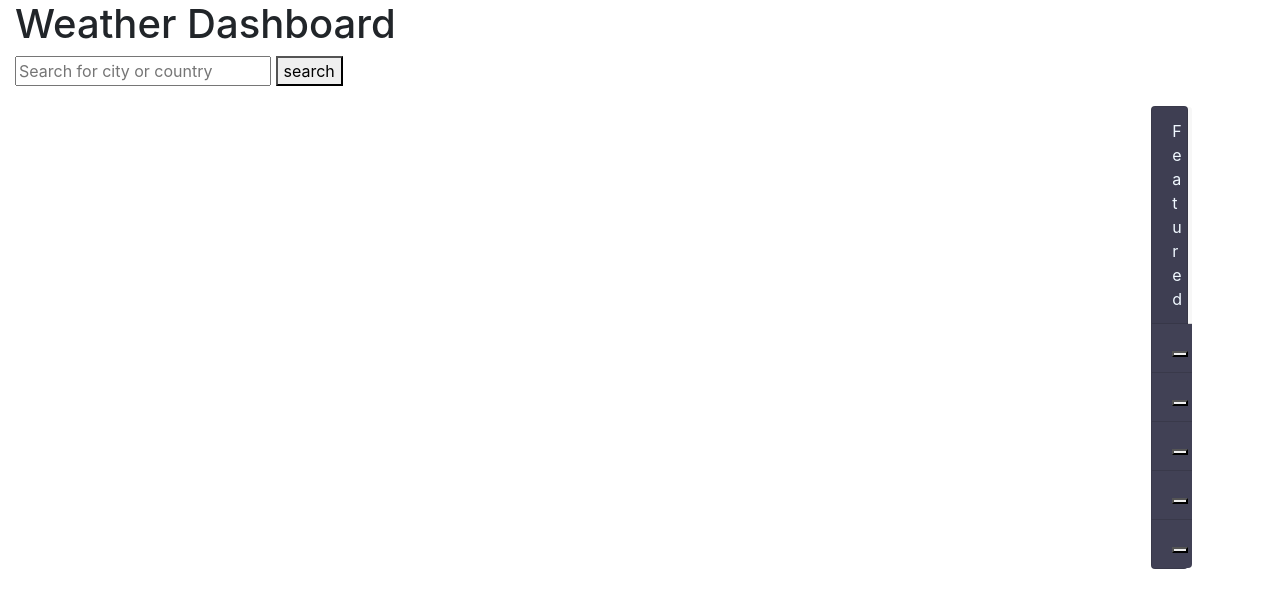
Repository: cobalt88/weather-forecast-app
Page: index.html
The author's editor kept a copy of each file at every save. The page is drawn from the files as they stood at one save, then again after the next save.
The browser window is 1280 px wide. The pictures show the whole page.
The page's requests for data from a server got no answer. Some web libraries are served in a nearby version.

Above is the page before, as saved 2022-05-23 08:03:04.

### index.html
<!DOCTYPE html>
<html lang="en">
  <head>
    <meta charset="UTF-8" />
    <meta http-equiv="X-UA-Compatible" content="IE=edge" />
    <meta name="viewport" content="width=device-width, initial-scale=1.0" />
    <link
      rel="stylesheet"
      href="https://stackpath.bootstrapcdn.com/bootstrap/4.3.1/css/bootstrap.min.css"
    />
    <link
      rel="stylesheet"
      href="https://use.fontawesome.com/releases/v5.8.1/css/all.css"
      integrity="sha384-50oBUHEmvpQ+1lW4y57PTFmhCaXp0ML5d60M1M7uH2+nqUivzIebhndOJK28anvf"
      crossorigin="anonymous"
    />
    <link
      href="https://fonts.googleapis.com/css?family=Open+Sans&display=swap"
      rel="stylesheet"
    />

    <link href="./assets/style.css" rel="stylesheet" />
    <title>Weather</title>
  </head>

  <body>
    <header>
      <h1 class="center col-12">Weather Dashboard</h1>
    </header>
    <div class="col-xl-4 col-lg-4 col-md-4 col-sm-4 col-4">
      <input
        type="text"
        id="searchInput"
        placeholder="Search for city or country"
      />
      <button type="button" id="search-button">search</button>
    </div>
    <div id="main-container" class="cardContainer">
      <div id="current-day">
      </div>
      <div id="history">
        <div class="card history-card">
          <div class="card-header">
            Featured
          </div>
            <ul class="list-group list-group-flush">
              <li class="list-group-item"><button type="button" class="list-button" id="city-one"> </button></li>
              <li class="list-group-item"><button type="button" class="list-button" id="city-two"> </button></li>
              <li class="list-group-item"><button type="button" class="list-button" id="city-three"> </button></li>
              <li class="list-group-item"><button type="button" class="list-button" id="city-four"> </button></li>
              <li class="list-group-item"><button type="button" class="list-button" id="city-five"> </button></li>
          </ul>
        </div>
      </div>

    </div>
    <div id="5-day-container" class="cardContainer">
    </div>
    <script src="https://code.jquery.com/jquery-3.4.1.min.js"></script>
    <script src="https://cdnjs.cloudflare.com/ajax/libs/moment.js/2.20.1/moment.min.js"></script>
    <script src="./assets/logic_2.js"></script>
  </body>
</html>

### assets/style.css
.card {
  display: flex;
  background-color: rgb(65, 65, 85);
  color: aliceblue;
  margin: 20px;
}

.history-card {
  display: flex;
  justify-content: flex-start;
  width: 25%;
  text-align: center;
}

.list-group-item {
  background-color: rgb(65, 65, 85);
}

#today {
  display: flex;
  width: 60%;
  max-height: 500px;
  align-self: flex-end;
}

img {
  max-height: 100px;
  max-width: 100px;
}

.cardContainer {
  display: flex;
  flex-direction: row;
  justify-content: flex-end;
  flex-wrap: wrap;
}

.cityList {
  display: flex;
  flex-direction: row;
  width: 25%;
  max-width: 500px;
}

.uvMin{
  color: green;
}

.uvModerate {
  color: rgb(254, 254, 68);
}

.uvHigh {
  color: orange;
}

.uvSevere {
  color: red;
}

.uvExtreme {
  color: violet
}

### assets/logic_2.js

const apiKey = '486a30fe2a4040f404391459060015ad';
var displayArr = [];
var geoArr = [];
var oneCallDataArr = [];
var searchInput = localStorage.getItem('lastSearch');
var lat = '';
var lon = '';
var forecastContainer = document.getElementById('5-day-container');
var currentDay = document.getElementById('today');
const history = document.getElementById('history');
const historyArr = ['Orlando', 'New York', 'Denver', 'Dallas', 'Anchorage'];

function geoLocate() {
  var requestLocationUrl = `https://api.openweathermap.org/geo/1.0/direct?q=${searchInput}&limit=1&appid=${apiKey}`
  fetch(requestLocationUrl)
  .then(function(response){
    return response.json();
  })
  .then(function(currentLocation) {
    let tempArr = [];
    tempArr.push(currentLocation);
    geoArr = tempArr;
    let lat2 = geoArr[0][0].lat;
    lat = lat2;
    let lon2 = geoArr[0][0].lon;
    lon = lon2;
  })
.then(function(){
    oneCall();
  });
};

function oneCall() {
  let oneCallApi = `https://api.openweathermap.org/data/2.5/onecall?lat=${lat}&lon=${lon}&exclude=minutely&appid=${apiKey}`
  fetch(oneCallApi)
  .then(function(response){
    return response.json();
  })
  .then(function(allData) {
    let tempArr = [];
    tempArr.push(allData)
    oneCallDataArr = tempArr;
    forecastDisplayHandler();
  })
  .then(function(){
    // console.log(oneCallDataArr)
  })
};

  function kelvinToImperial (x) {
    Math.round((x - 273.15) * 1.8 + 32);
  }



const forecastDisplayHandler = async() => {
  forecastContainer.innerHTML = '';
  var now = moment().format('dddd MMMM do YYYY, h:mm a');
  var currentCity = geoArr[0][0].name;
  //note to self, add function to convert current time to unix time with moments and compare to values in this object to get current temp
  let tempKd = oneCallDataArr[0].daily[0].temp.day;
  let tempKmax = oneCallDataArr[0].daily[0].temp.max;
  let tempKmin = oneCallDataArr[0].daily[0].temp.min;
  let tempKe = oneCallDataArr[0].daily[0].temp.eve;

  let tempFd = Math.round((tempKd - 273.15) * 1.8 + 32);
  let tempFmin = Math.round((tempKmin - 273.15) * 1.8 + 32);
  let tempFmax = Math.round((tempKmax - 273.15) * 1.8 + 32);
  let tempFe = Math.round((tempKe - 273.15) * 1.8 + 32);

  let windSpeed = oneCallDataArr[0].daily[0].wind_speed;
  let windGust = oneCallDataArr[0].daily[0].wind_gust;
  let windDir = oneCallDataArr[0].daily[0].wind_deg;
  let humidity = oneCallDataArr[0].daily[0].humidity;
  let uvIndex = oneCallDataArr[0].daily[0].uvi;
  let icon = oneCallDataArr[0].daily[0].weather[0].icon;
  let uvStyle = (uvIndex < 2) ? 'uvMin' : (uvIndex < 5) ? 'uvModerate' : (uvIndex < 7) ? 'uvHigh' : (uvIndex < 10) ? 'uvSevere' : 'uvExtreme';


  let iconSrc = `https://openweathermap.org/img/wn/${icon}@2x.png`

   currentDay.innerHTML =
  `
    <div class="card" id="today">
    <h2 id="city">${currentCity}</h2>
    <h4 id="date">${now}</h4>
    <img src="${iconSrc}" alt="Weather Icon">
    <p id="weather-${i}></p>
    <p id="temp-${i}">Day Temp: ${tempFd}</p>
    <p id="temp-${i}">Evening Temp: ${tempFe}</p>
    <p id="temp-${i}">Max Temp: ${tempFmax}</p>
    <p id="temp-${i}">Min Temp: ${tempFmin}</p>
    <p id="wind-${i}">Average Wind Speed: ${windSpeed}</p>
    <p id="wind-${i}">Wind Gust: ${windGust}</p>
    <p id="humidity-${i}">Relative Humidity: ${humidity}%</p>
    <p id="uv-index${i}" class="${uvStyle}">UV Index: ${uvIndex}</p>
    </div>`;



for (var i = 1; i < 6; i++) {

  let unixTime = oneCallDataArr[0].daily[i].dt;
  let dateString = moment.unix(unixTime).format("MM/DD/YYYY");

  let tempKd = oneCallDataArr[0].daily[i].temp.day;
  let tempKe = oneCallDataArr[0].daily[i].temp.eve;
  let tempKmax = oneCallDataArr[0].daily[i].temp.max;
  let tempKmin = oneCallDataArr[0].daily[i].temp.min;

  let tempFd = Math.round((tempKd - 273.15) * 1.8 + 32);
  // let tempFd = kelvinToImperial(tempKd);
  let tempFe = Math.round((tempKe - 273.15) * 1.8 + 32);
  let tempFmin = Math.round((tempKmin - 273.15) * 1.8 + 32);
  let tempFmax = Math.round((tempKmax - 273.15) * 1.8 + 32);

  let humidity = oneCallDataArr[0].daily[i].humidity;
  let uvIndex = oneCallDataArr[0].daily[i].uvi;
  let icon = oneCallDataArr[0].daily[i].weather[0].icon;
  let uvStyle = (uvIndex < 2) ? 'uvMin' : (uvIndex < 5) ? 'uvModerate' : (uvIndex < 7) ? 'uvHigh' : (uvIndex < 10) ? 'uvSevere' : 'uvExtreme';


  let iconSrc = `https://openweathermap.org/img/wn/${icon}@2x.png`

  forecastContainer.innerHTML +=
      `
      <div id="day ${i}" class="card col-2">
        <h2 id="date" class="card-title">${dateString}</h2>
          <img src="${iconSrc}" class="card-img-top" alt="Weather Icon"/>
            <p id="weather-${i}></p>
            <p id="temp-${i}">Max Temp: ${tempFmin}</p>
            <p id="temp-${i}">Min Temp: ${tempFmax}</p>
            <p id="humidity-${i}">Relative Humidity: ${humidity}%</p>
            <p id="uv-index${i}" class="${uvStyle}">UV Index: ${uvIndex}</p>
      </div>
    `
};
}



const storage = () => {
  storedStuff = localStorage.getItem(city);
  history.push(storedStuff);
}

function displayHistory() {
for(var i = 0; i < searchHistoryArr.length; i++) {

  if (i < 5) {
    var text = searchHistoryArr[i];

    historyContainer.innerHTML +=
      `<li>${text}</li>`
    }
  }
}

$("#search-button").on("click", function () {
  searchInput = $(this).siblings("#searchInput").val();
  localStorage.setItem('city', searchInput);
  geoLocate();
  storage();
});

$(".list-button").on("click", function(){
  let test = $(this)
  console.log(test);
});



$(document).ready(function(){

  $('#city-one').text = `${historyArr[0]}`;
  $('#city-two').text = `${historyArr[1]}`;
  $('#city-three').text = `${historyArr[2]}`;
  $('#city-four').text = `${historyArr[3]}`;
  $('#city-five').text = `${historyArr[4]}`;
  searchInput = 'Orlando';
  geoLocate();

console.log(historyArr[0])
  // loadStorage()
  // displayHistory()
} );

After the next save:
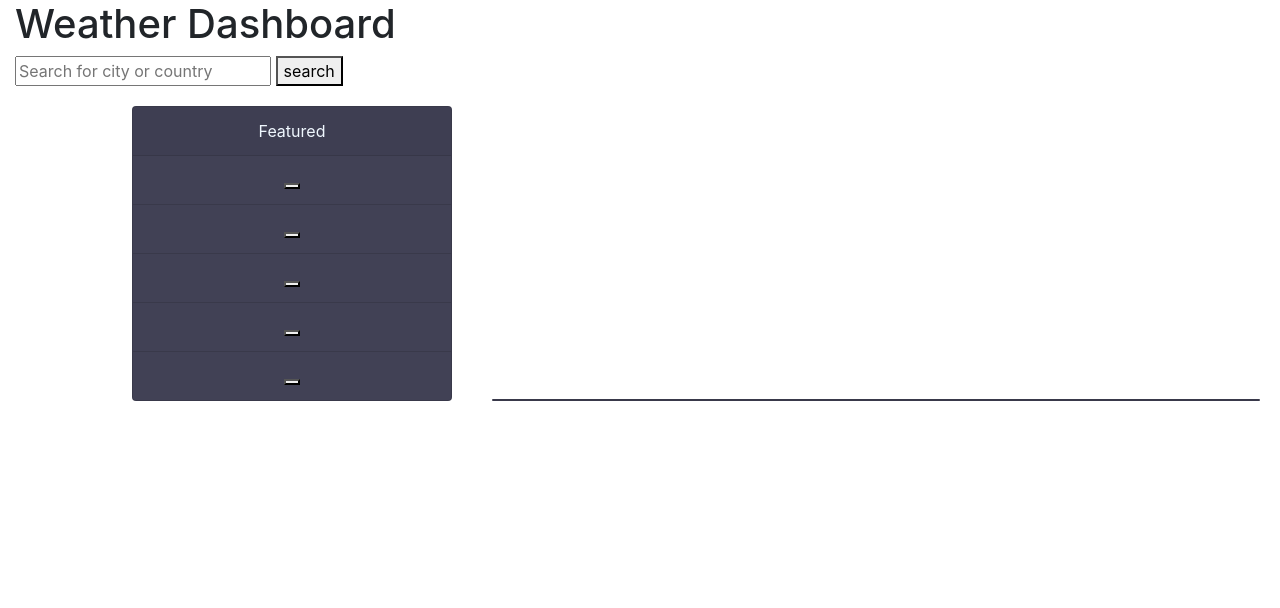
Saved 1 s later.
--- a/index.html
+++ b/index.html
@@ -35,11 +35,8 @@
       />
       <button type="button" id="search-button">search</button>
     </div>
-    <div id="main-container" class="cardContainer">
-      <div id="current-day">
-      </div>
-      <div id="history">
-        <div class="card history-card">
+    <div class="cardContainer">
+        <div  id="history" class="card history-card">
           <div class="card-header">
             Featured
           </div>
@@ -51,8 +48,8 @@
               <li class="list-group-item"><button type="button" class="list-button" id="city-five"> </button></li>
           </ul>
         </div>
+        <div class="card" id="today">
       </div>
-
     </div>
     <div id="5-day-container" class="cardContainer">
     </div>
